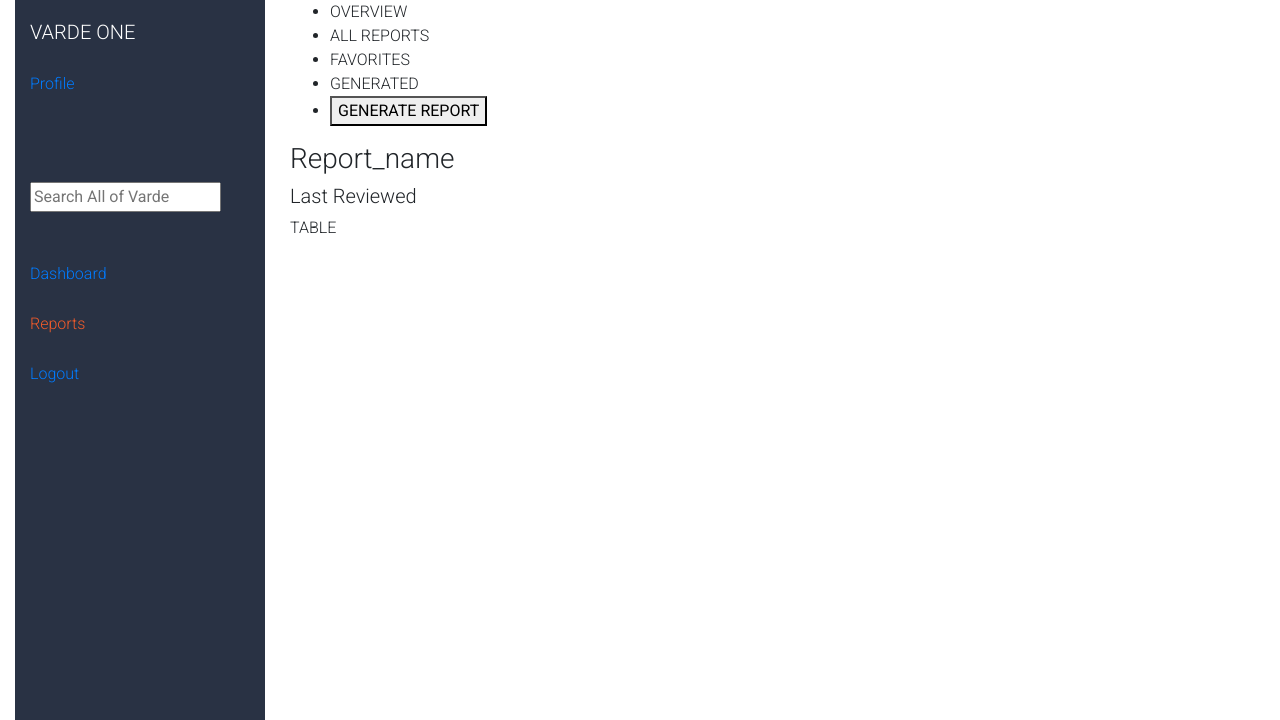
Repository: slavishtipkov/cra-redux
Page: /reports
An editor plug-in stored every save of this project. The page is shown before and after the next save, followed by the edit.
The browser window is 1280 px wide. The pictures show the whole page.
The project was rebuilt for these pictures with package versions that can differ from the ones it lists, and the page was loaded fresh each time.

Above is the page before, as saved 2019-07-09 12:51:16.

### src/index.js
import React from "react";
import ReactDOM from "react-dom";
import { BrowserRouter as Router } from "react-router-dom";

import * as serviceWorker from "./serviceWorker";

import "@fortawesome/fontawesome-free/css/all.min.css";
import "bootstrap-css-only/css/bootstrap.min.css";
import "mdbreact/dist/css/mdb.css";

import App from "./Components/App";

import "./index.css";

ReactDOM.render(
  <Router>
    <App />
  </Router>,
  document.getElementById("root")
);

// If you want your app to work offline and load faster, you can change
// unregister() to register() below. Note this comes with some pitfalls.
// Learn more about service workers: https://bit.ly/CRA-PWA
serviceWorker.unregister();

### src/index.css
@import-normalize;

#root {
  max-width: 1350px;
  min-width: 960px;
  margin: 0 auto;
}

### src/Components/App/App.js
import React, { Suspense, lazy } from "react";
import { Route, Switch } from "react-router-dom";

import SideBar from "../Common/SideBar";

import "./App.scss";

const Login = lazy(() => import("../../Containers/Login"));
const Profile = lazy(() => import("../../Containers/Profile"));
const Dashboard = lazy(() => import("../../Containers/Dashboard"));
const Reports = lazy(() => import("../../Containers/Reports"));
const NotFound = lazy(() => import("../Common/NotFound"));

const App = ({ childProps }) => {
  return (
    <div className="container-fluid">
      <SideBar />
      <Suspense fallback={<div>Loading...</div>}>
        <Switch>
          <Route path="/" exact component={Login} props={childProps} />
          <Route path="/profile" exact component={Profile} props={childProps} />
          <Route
            path="/dashboard"
            exact
            component={Dashboard}
            props={childProps}
          />
          <Route path="/reports" exact component={Reports} props={childProps} />
          <Route component={NotFound} />
        </Switch>
      </Suspense>
    </div>
  );
};

export default App;

### src/Components/App/App.scss
.container-fluid {
  width: 100%;
  height: 100vh;

  display: flex;
  align-items: stretch;

  .side-bar {
    width: 20%;
  }

  .page {
    padding-left: 25px;
    width: 80%;

    .page-header {
      .page-header-nav {
        display: flex;
      }
    }
  }
}

### src/Containers/Reports/index.js
import Reports from "./Reports";

export default Reports;

### src/Components/Common/SideBar/SideBar.js
import React from "react";
import { NavLink } from "react-router-dom";

import "./sideBar.scss";
import { MDBContainer, MDBRow, MDBCol } from "mdbreact";
const SideBar = () => {
  const activeStyle = { color: "#F15B2A" };

  return (
    <nav className="side-bar">
      <h5 className="heading">VARDE ONE</h5>
      <div className="profile-section">
        <NavLink to="/profile" activeStyle={activeStyle}>
          Profile
        </NavLink>
      </div>
      <div className="search-bar">
        <input type="text" placeholder="Search All of Varde" />
      </div>
      <div className="main-links">
        <NavLink to="/dashboard" activeStyle={activeStyle}>
          Dashboard
        </NavLink>
        <NavLink to="/reports" activeStyle={activeStyle} exact>
          Reports
        </NavLink>
      </div>
      <NavLink to="/logout" activeStyle={activeStyle}>
        Logout
      </NavLink>
    </nav>
  );
};

export default SideBar;

### src/Containers/Reports/Reports.js
import React from "react";

const Reports = () => (
  <div className="reports-page page">
    <div className="reports-page-header page-header">
      <div className="page-header-nav">
        <ul>
          <li>OVERVIEW</li>
          <li>ALL REPORTS</li>
          <li>FAVORITES</li>
          <li>GENERATED</li>
          <li>
            <button>GENERATE REPORT</button>
          </li>
        </ul>
      </div>
      <div className="page-header-content">
        <h3>Report_name</h3>
      </div>
    </div>
    <div className="page-content">
      <h5>Last Reviewed</h5>
      <div className="table">TABLE</div>
    </div>
  </div>
);

export default Reports;

### src/Components/Common/SideBar/sideBar.scss
.side-bar {
  display: flex;
  flex-direction: column;

  padding-left: 15px;
  padding-right: 15px;
  background-color: #293244;

  .heading {
    padding-top: 20px;
    padding-bottom: 20px;
    color: white;
  }

  .profile-section {
    height: 90px;
    margin-bottom: 20px;
  }

  .serach-bar {
    padding-top: 20px;
    margin-bottom: 50px;

    input {
      display: inline;
    }
  }

  .main-links {
    display: flex;
    flex-direction: column;
    margin-top: 50px;

    a {
      height: 50px;
      text-decoration: none;
    }
  }
}

Loaded but not shown: public/index.html (common file); src/serviceWorker.js (common file); src/Components/App/index.js (common file); src/Components/Common/SideBar/index.js (common file)

After the next save:
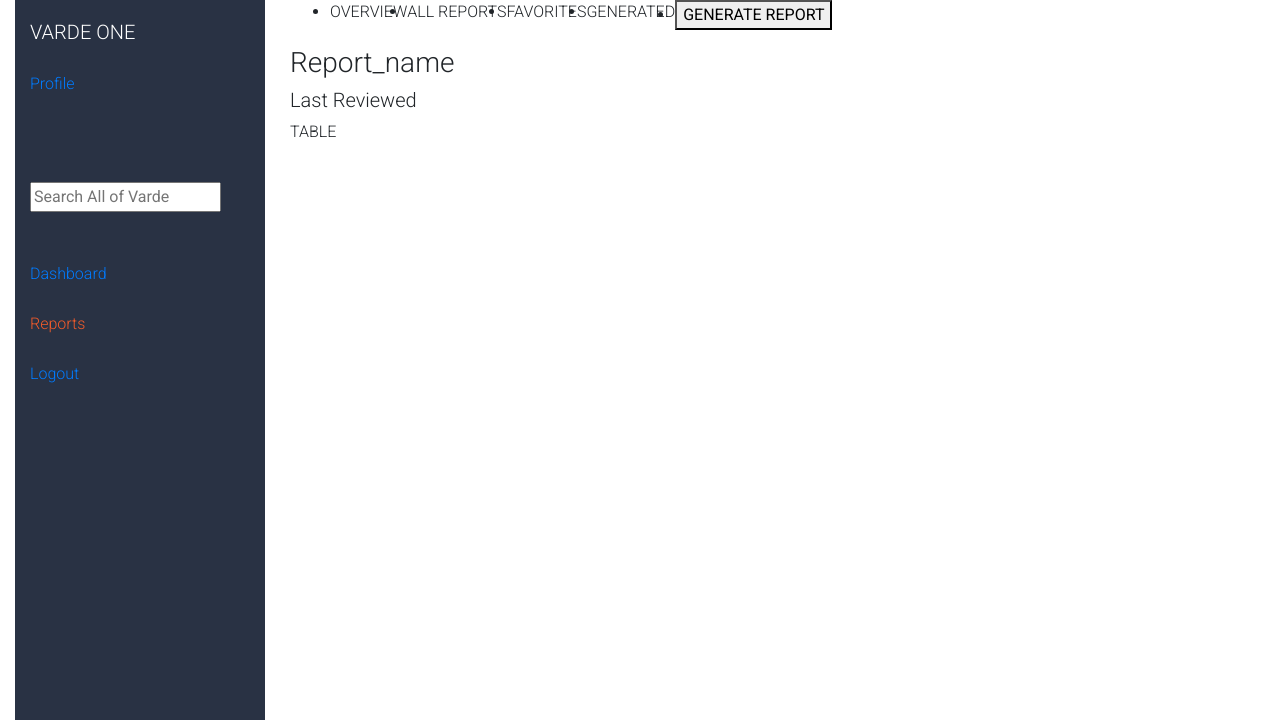
Saved 33 s later.
--- a/src/Components/App/App.scss
+++ b/src/Components/App/App.scss
@@ -14,7 +14,7 @@
     width: 80%;
 
     .page-header {
-      .page-header-nav {
+      .page-header-nav ul {
         display: flex;
       }
     }
